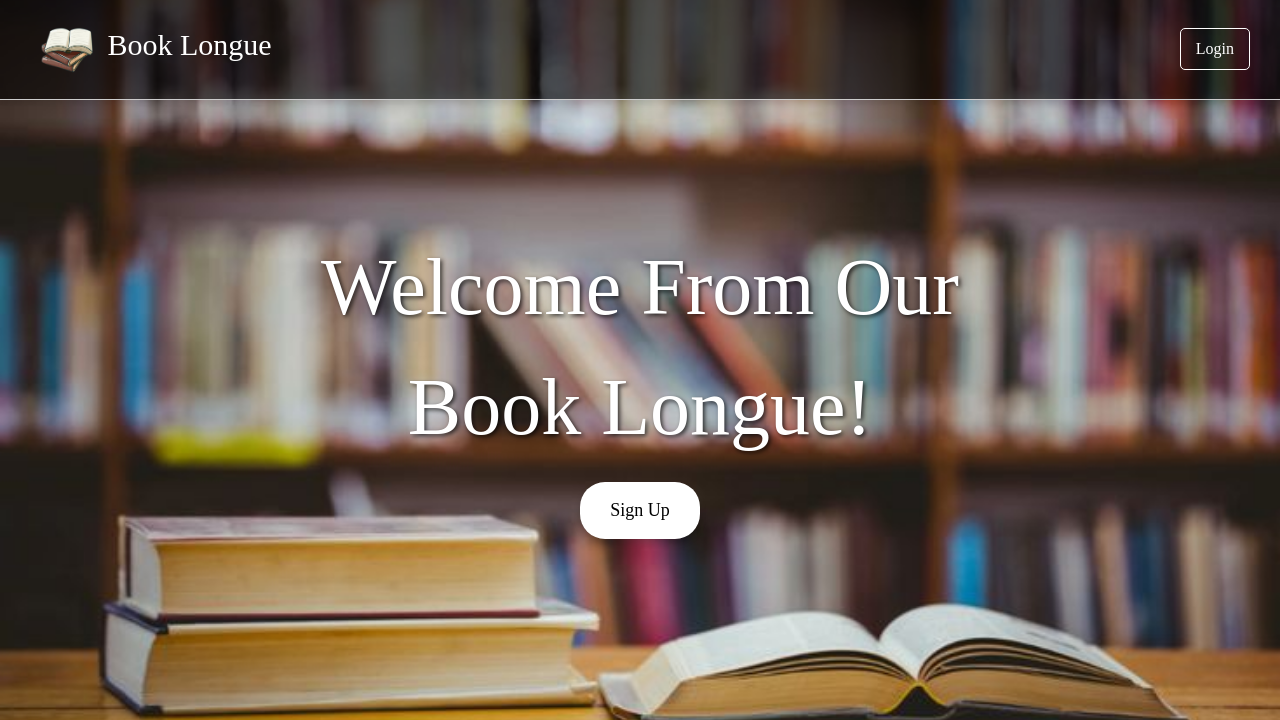
Repository: moehaymanmyint/Book-Longue-Web-System
Page: pages/GetStarted.html
The author's editor kept a copy of each file at every save. The page is drawn from the files as they stood at one save, then again after the next save.
The browser window is 1280 px wide. The pictures show the whole page.
Some web fonts or font styles are not loaded; a fallback is used.

Above is the page before, as saved 2024-12-30 12:04:31.

### pages/GetStarted.html
<!DOCTYPE html>
<html lang="en">
<head>
    <meta charset="UTF-8">
    <meta name="viewport" content="width=device-width, initial-scale=1.0">
    <title>Book Longue - Get Started</title>
    <link href="https://cdn.jsdelivr.net/npm/bootstrap@5.3.3/dist/css/bootstrap.min.css" rel="stylesheet" integrity="sha384-QWTKZyjpPEjISv5WaRU9OFeRpok6YctnYmDr5pNlyT2bRjXh0JMhjY6hW+ALEwIH" crossorigin="anonymous">
    <script src="https://cdn.jsdelivr.net/npm/bootstrap@5.3.3/dist/js/bootstrap.bundle.min.js" integrity="sha384-YvpcrYf0tY3lHB60NNkmXc5s9fDVZLESaAA55NDzOxhy9GkcIdslK1eN7N6jIeHz" crossorigin="anonymous"></script>
    <link rel="stylesheet" href="../style/GetStarted.css">
    <link rel="stylesheet" href="https://cdnjs.cloudflare.com/ajax/libs/font-awesome/6.7.2/css/all.min.css" integrity="sha512-Evv84Mr4kqVGRNSgIGL/F/aIDqQb7xQ2vcrdIwxfjThSH8CSR7PBEakCr51Ck+w+/U6swU2Im1vVX0SVk9ABhg==" crossorigin="anonymous" referrerpolicy="no-referrer" />
    <link rel="preconnect" href="https://fonts.googleapis.com">
</head>
<body>
    <div class="nav-bar">
        <div class="left">
            <img src="../src/logo.png" alt="" width="10%">
            <h1>Book Longue</h1>
        </div>
        <div class="right">
            <button type="button" class="login-btn btn btn-light"><a href="../pages/login.html">Login</a></button>
        </div>
    </div>
    <div class="content">
        <h1>Welcome From Our<br>Book Longue!</h1>
        <button type="button" class="btn btn-light"><a href="../pages/signup.html">Sign Up</a></button>
    </div>
</body>
</html>

### style/GetStarted.css
@import url('https://fonts.googleapis.com/css2?family=Playwrite+GB+S:ital,wght@0,100..400;1,100..400&display=swap');
*{
    font-family: "Playwrite GB S", serif;
}
body {
    background-image: url(../src/GetStart-bg.jpg);
    background-size: cover;
    background-repeat: no-repeat;
    background-position: center;
    height: 100vh;
    color: #ffffff;
    font-family: 'Arial', sans-serif;
    margin: 0;
}

.nav-bar {
    display: flex;
    justify-content: space-between;
    align-items: center;
    padding: 15px 30px;
    background-color: rgba(0, 0, 0, 0.6);
    border-bottom: 1px solid #ccc;
    position: fixed;
    width: 100%;
    z-index: 10;
    box-shadow: 0px 4px 6px rgba(0, 0, 0, 0.1);
}

.nav-bar .left {
    display: flex;
    justify-content: start;
    align-items: center;
}

.nav-bar .left img {
    width: 5%;
    margin: 10px;
}

.nav-bar h1 {
    font-size: 30px;
    color: #fff;
}

.nav-bar button {
    border: 1px solid #fff;
    background-color: transparent;
    color: #fff;
    padding: 8px 15px;
    border-radius: 5px;
    cursor: pointer;
    transition: 0.3s;
}

.nav-bar button:hover {
    background-color: #fff;
    color: #000;
}

.right a {
    text-decoration: none;
    color: white;
}

.right a:hover{
    color: #000;
}

.content a {
    text-decoration: none;
    color: black;
}

.content {
    display: flex;
    flex-direction: column;
    align-items: center;
    justify-content: center;
    text-align: center;
    height: 100%;
    padding-top: 30px;
}

.content h1 {
    font-size: 80px;
    text-align: center;
    line-height: 1.5;
    margin: 15px 0;
    color: #ffffff;
    text-shadow: 2px 2px 4px rgba(0, 0, 0, 0.7);
}
.content button {
    border: none;
    padding: 15px 30px;
    font-size: 18px;
    color: #000;
    background-color: #fff;
    border-radius: 25px;
    cursor: pointer;
    box-shadow: 0px 4px 6px rgba(0, 0, 0, 0.2);
    transition: 0.3s;
}

.content button:hover {
    background-color: #9d2f2f;
    color: #fff;
    transform: translateY(-2px);
}

After the next save:
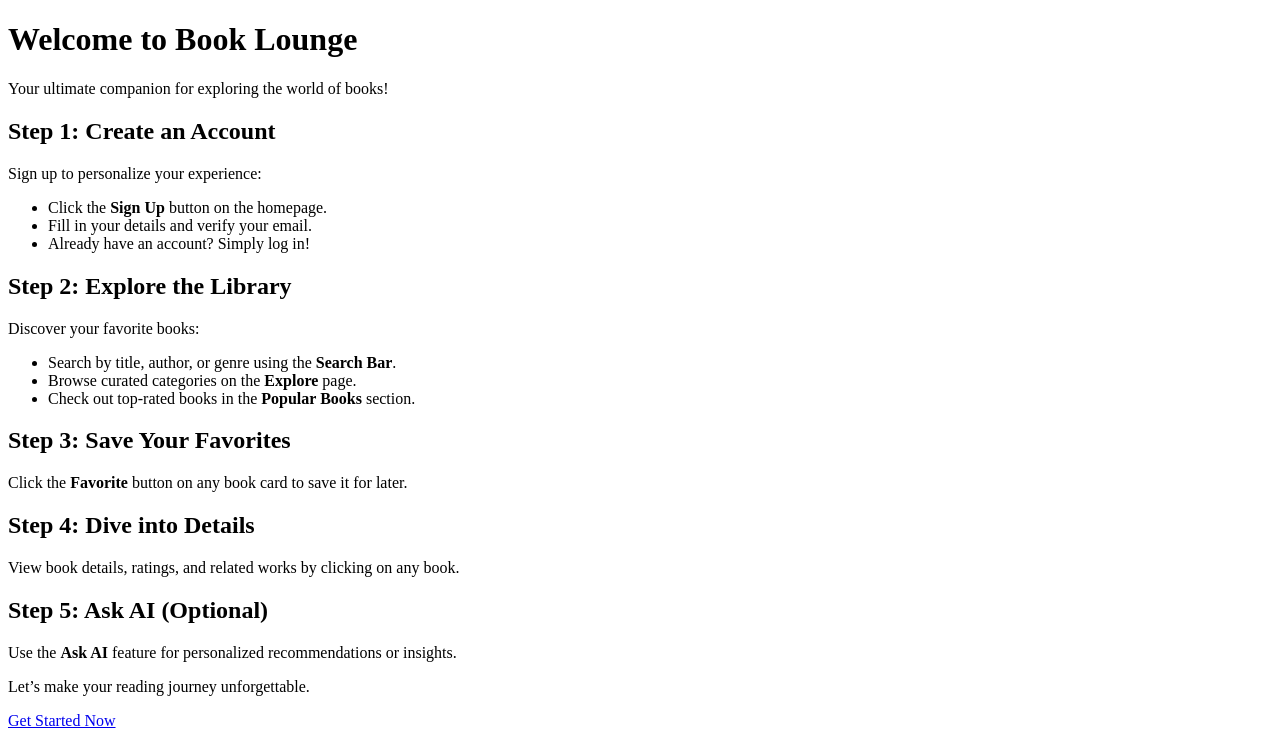
Not found: pages/styles.css
Saved 6 h 27 min later.
--- a/pages/GetStarted.html
+++ b/pages/GetStarted.html
@@ -1,28 +1,57 @@
 <!DOCTYPE html>
 <html lang="en">
 <head>
-    <meta charset="UTF-8">
-    <meta name="viewport" content="width=device-width, initial-scale=1.0">
-    <title>Book Longue - Get Started</title>
-    <link href="https://cdn.jsdelivr.net/npm/bootstrap@5.3.3/dist/css/bootstrap.min.css" rel="stylesheet" integrity="sha384-QWTKZyjpPEjISv5WaRU9OFeRpok6YctnYmDr5pNlyT2bRjXh0JMhjY6hW+ALEwIH" crossorigin="anonymous">
-    <script src="https://cdn.jsdelivr.net/npm/bootstrap@5.3.3/dist/js/bootstrap.bundle.min.js" integrity="sha384-YvpcrYf0tY3lHB60NNkmXc5s9fDVZLESaAA55NDzOxhy9GkcIdslK1eN7N6jIeHz" crossorigin="anonymous"></script>
-    <link rel="stylesheet" href="../style/GetStarted.css">
-    <link rel="stylesheet" href="https://cdnjs.cloudflare.com/ajax/libs/font-awesome/6.7.2/css/all.min.css" integrity="sha512-Evv84Mr4kqVGRNSgIGL/F/aIDqQb7xQ2vcrdIwxfjThSH8CSR7PBEakCr51Ck+w+/U6swU2Im1vVX0SVk9ABhg==" crossorigin="anonymous" referrerpolicy="no-referrer" />
-    <link rel="preconnect" href="https://fonts.googleapis.com">
+  <meta charset="UTF-8">
+  <meta name="viewport" content="width=device-width, initial-scale=1.0">
+  <title>Get Started - Book Lounge</title>
+  <link rel="stylesheet" href="styles.css">
 </head>
 <body>
-    <div class="nav-bar">
-        <div class="left">
-            <img src="../src/logo.png" alt="" width="10%">
-            <h1>Book Longue</h1>
-        </div>
-        <div class="right">
-            <button type="button" class="login-btn btn btn-light"><a href="../pages/login.html">Login</a></button>
-        </div>
-    </div>
-    <div class="content">
-        <h1>Welcome From Our<br>Book Longue!</h1>
-        <button type="button" class="btn btn-light"><a href="../pages/signup.html">Sign Up</a></button>
-    </div>
+  <header class="header">
+    <h1>Welcome to Book Lounge</h1>
+    <p>Your ultimate companion for exploring the world of books!</p>
+  </header>
+
+  <main class="content">
+    <section class="step">
+      <h2>Step 1: Create an Account</h2>
+      <p>Sign up to personalize your experience:</p>
+      <ul>
+        <li>Click the <strong>Sign Up</strong> button on the homepage.</li>
+        <li>Fill in your details and verify your email.</li>
+        <li>Already have an account? Simply log in!</li>
+      </ul>
+    </section>
+
+    <section class="step">
+      <h2>Step 2: Explore the Library</h2>
+      <p>Discover your favorite books:</p>
+      <ul>
+        <li>Search by title, author, or genre using the <strong>Search Bar</strong>.</li>
+        <li>Browse curated categories on the <strong>Explore</strong> page.</li>
+        <li>Check out top-rated books in the <strong>Popular Books</strong> section.</li>
+      </ul>
+    </section>
+
+    <section class="step">
+      <h2>Step 3: Save Your Favorites</h2>
+      <p>Click the <strong>Favorite</strong> button on any book card to save it for later.</p>
+    </section>
+
+    <section class="step">
+      <h2>Step 4: Dive into Details</h2>
+      <p>View book details, ratings, and related works by clicking on any book.</p>
+    </section>
+
+    <section class="step">
+      <h2>Step 5: Ask AI (Optional)</h2>
+      <p>Use the <strong>Ask AI</strong> feature for personalized recommendations or insights.</p>
+    </section>
+  </main>
+
+  <footer class="footer">
+    <p>Let’s make your reading journey unforgettable.</p>
+    <a href="#" class="button">Get Started Now</a>
+  </footer>
 </body>
 </html>
